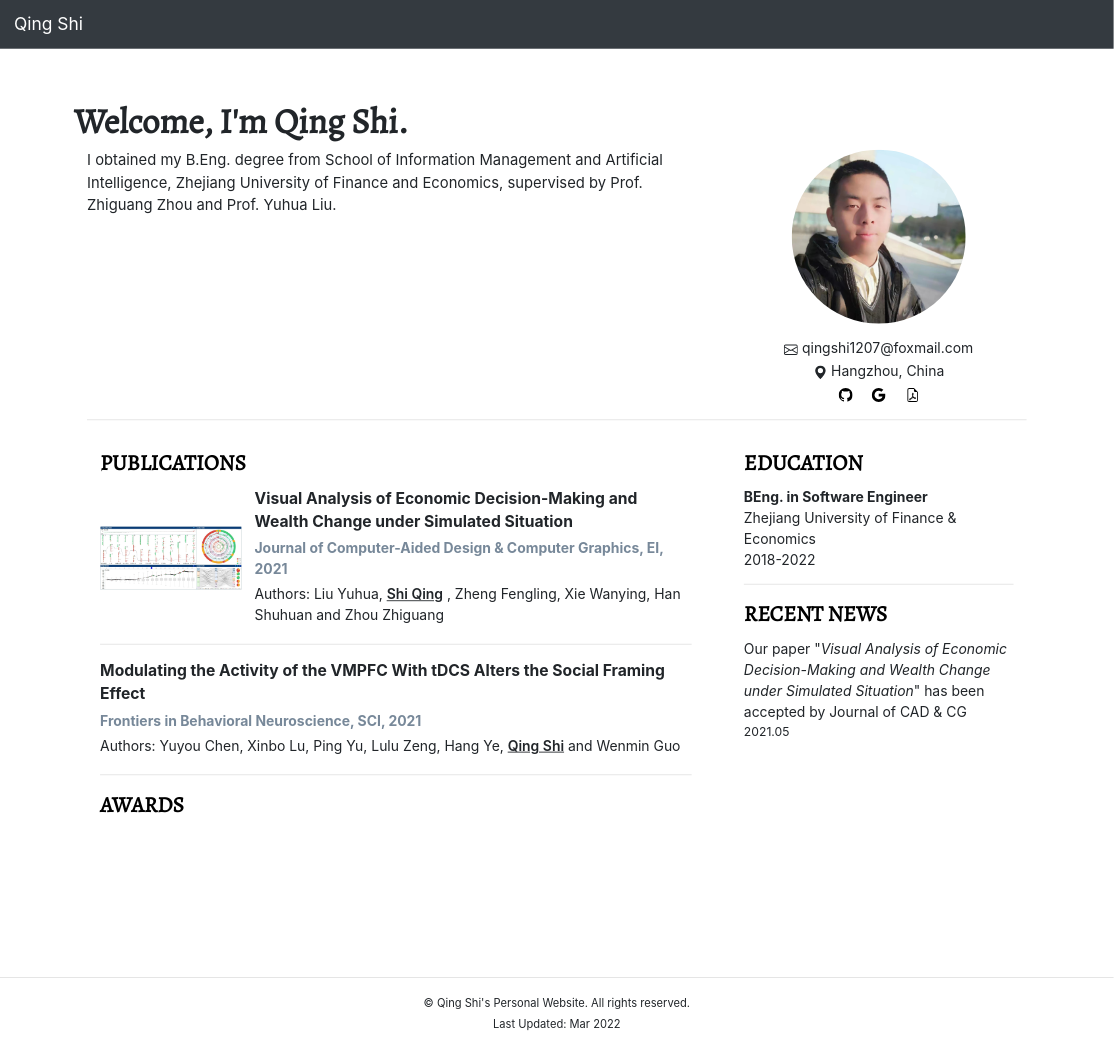
Repository: sqsssq/webpage
Page: index.html
The author's editor kept a copy of each file at every save. The page is drawn from the files as they stood at one save, then again after the next save.
The browser window is 1280 px wide. The pictures show the whole page, at 87% of full size.
Some web libraries are served in a nearby version.

Above is the page before, as saved 2022-03-28 14:47:36.

After the next save:
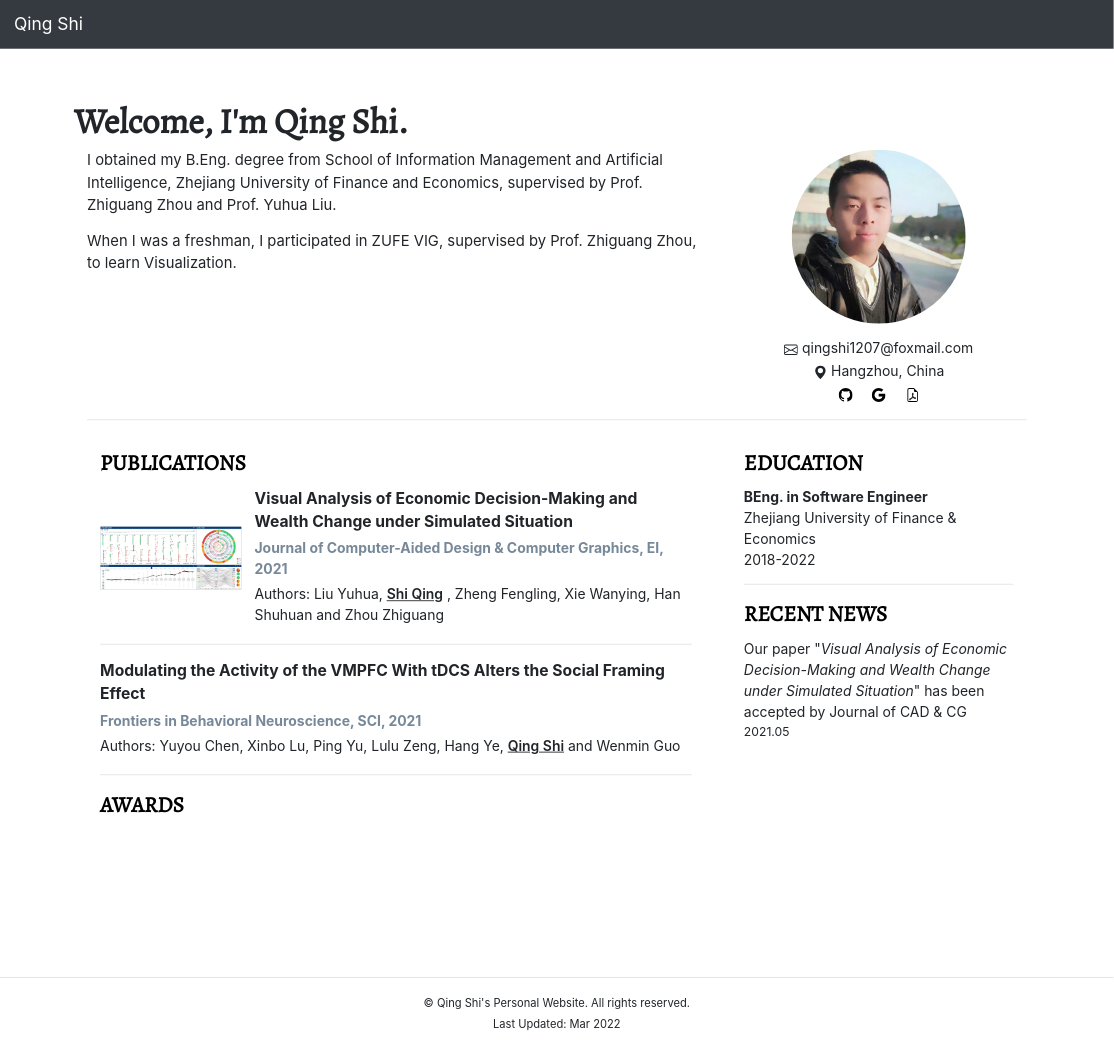
Saved 9 min 45 s later.
--- a/index.html
+++ b/index.html
@@ -1,6 +1,6 @@
 <!--
  * @Author: Qing Shi
- * @LastEditTime: 2022-03-28 14:46:14
+ * @LastEditTime: 2022-03-28 14:57:20
  * @Knowledge:
  * @Description: my homepage
  * @Attention:
@@ -48,6 +48,7 @@
             <!-- <hr> -->
             <div class="webIntroduction col-lg-8">
                 <p class="intro">I obtained my B.Eng. degree from School of Information Management and Artificial Intelligence, Zhejiang University of Finance and Economics, supervised by Prof. Zhiguang Zhou and Prof. Yuhua Liu.</p>
+                <p class="intro">When I was a freshman, I participated in ZUFE VIG, supervised by Prof. Zhiguang Zhou, to learn Visualization. </p>
             </div>
 
             <div class="webPhoto col-lg-4">
